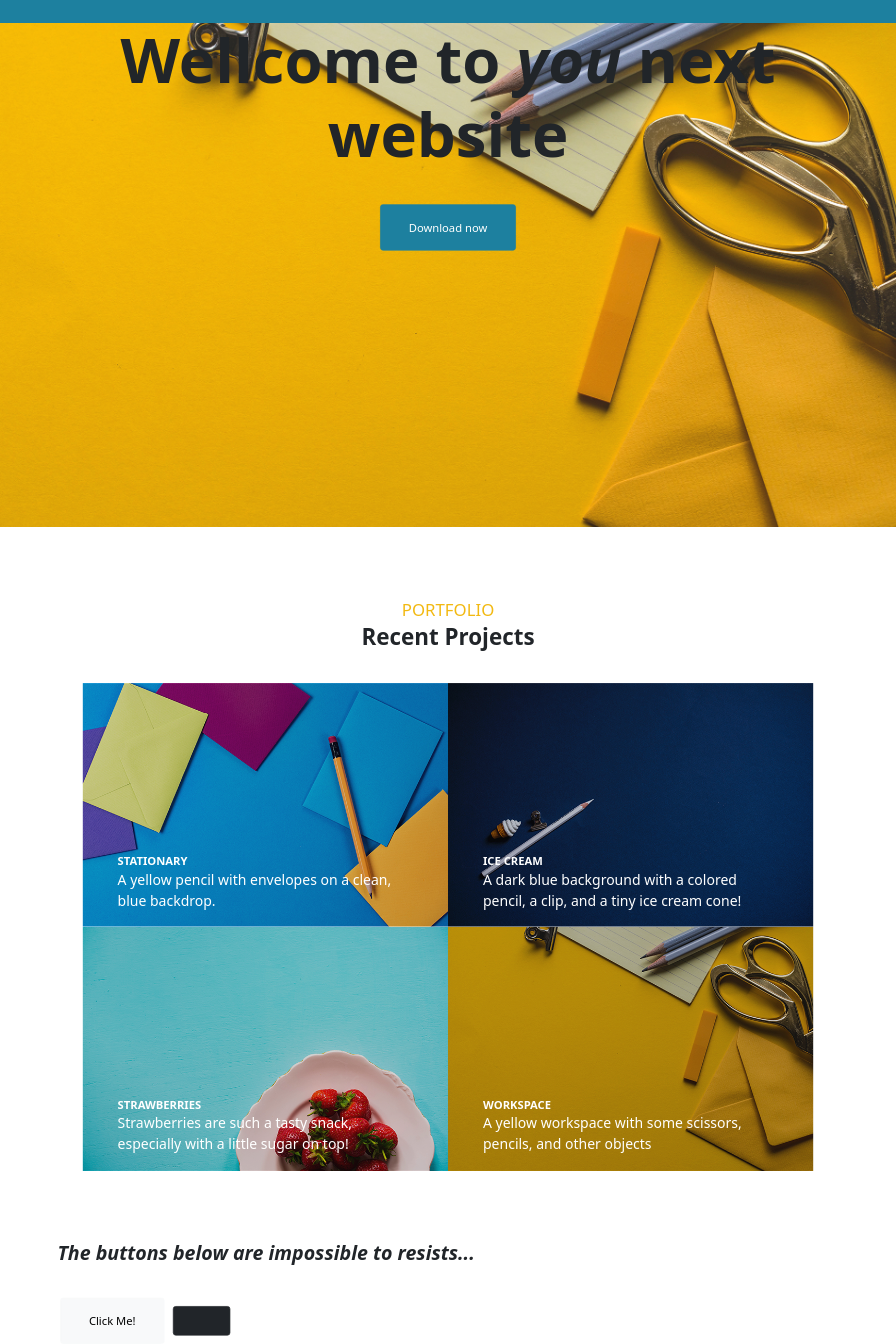
Repository: hoangpino/VE_FE_FrameWork_005
Page: lab06/index.html
An editor plug-in stored every save of this project. The page is shown before and after the next save, followed by the edit.
The browser window is 1280 px wide. The pictures show the part of the page from y = 2127 to 4047 px (the page is 4047 px tall), at 70% of full size.
Backgrounds fixed to the window are drawn as part of the page.

Above is the page before, as saved 2021-10-05 19:57:19.

### lab06/index.html
<!DOCTYPE html>
<html lang="en">

<head>
    <meta charset="UTF-8">
    <meta http-equiv="X-UA-Compatible" content="IE=edge">
    <meta name="viewport" content="width=device-width, initial-scale=1.0">
    <title>Portfolio</title>
    <link rel="stylesheet" href="./css/style.css" type="text/css" />
    <link rel="icon" href="./img/schools.png" />
    <link href="https://cdn.jsdelivr.net/npm/bootstrap@5.1.1/dist/css/bootstrap.min.css"
        rel="stylesheet"
        integrity="sha384-F3w7mX95PdgyTmZZMECAngseQB83DfGTowi0iMjiWaeVhAn4FJkqJByhZMI3AhiU"
        crossorigin="anonymous" />
    <link rel="stylesheet"
        href="https://cdnjs.cloudflare.com/ajax/libs/font-awesome/6.0.0-beta2/css/all.min.css" />
    <link rel="preconnect" href="https://fonts.googleapis.com">
    <link rel="preconnect" href="https://fonts.gstatic.com" crossorigin>
    <link
        href="https://fonts.googleapis.com/css2?family=Source+Sans+Pro:ital,wght@1,700&display=swap"
        rel="stylesheet" />
    <link rel="stylesheet"
        href="https://cdn.jsdelivr.net/npm/bootstrap-icons@1.5.0/font/bootstrap-icons.css">
</head>

<body>
    <a href="" class="menu-toggle rounded" hef="#" data-bs-toggle="offcanvas"
        data-bs-target="#offcanvas-right" aria-controls="offcanvas-right">
        <i class="fas fa-bars"></i>
    </a>
    <div class="offcanvas offcanvas-end" tabindex="-1" aria-labelledby="offcanvas-right-lable"
        id="offcanvas-right">
        <div class="offcanvas-header">
            <h5 id="offcanvas-right-label">Start Bootstrap</h5>
            <button type="button" class="btn-close btn-close-white text-reset"
                data-bs-dismiss="offcanvas" aria-label="Close"></button>
        </div>
        <div class="offcanvas-body">
            <ul class="sidebar-nav">
                <li class="sidebar-nav-item"><a href="#home">Home</a></li>
                <li class="sidebar-nav-item"><a href="#about">About</a></li>
                <li class="sidebar-nav-item"><a href="#services">Services</a></li>
                <li class="sidebar-nav-item"><a href="#callout">Callout</a></li>
                <li class="sidebar-nav-item"><a href="#portfolio">Portfolio</a></li>
                <li class="sidebar-nav-item"><a href="#action">Action</a></li>
                <li class="sidebar-nav-item"><a href="#footer">Contacts</a></li>
            </ul>
        </div>
    </div>

    <!-- Header -->
    <header class="d-flex align-items-center" id="home">
        <div class="container text-center">
            <h1 class="m-1">Stylist Portfolio</h1>
            <h3 class="mb-5">A Free Bootstrap Theme by Start Bootstrap </h3>
            <a href="" class="btn btn-primary btn-xl">Find Out More</a>
        </div>
    </header>

    <!-- About -->
    <section class="d-flex align-items-center" id="about">
        <div class="container text-center">
            <h2 class="m-1">Stylish Portfolio is the perfect theme for your next project!</h2>
            <p class="mb-5">This theme features a flexible, UX friendly sidebar menu and stock
                photos from our friends at Unsplash !</p>
            <a href="" class="btn btn-primary btn-xl">Find Out More</a>
        </div>
    </section>

    <!-- Services -->
    <section class="d-flex align-items-center" id="services">
        <div class="container text-center">
            <div class="section-header">
                <h4>Services</h4>
                <h2>What we offer</h2>
            </div>
            <div class="row">
                <div class="col-lg-3 col-md-6 mt-5">
                    <span class="services-icon mx-auto mb-3"><i class="bi bi-phone"></i></span>
                    <h2>Responsive</h2>
                    <p>Looks great on any screent size!</p>
                </div>
                <div class="col-lg-3 col-md-6 mt-5">
                    <span class="services-icon mx-auto mb-3"><i class="bi bi-pencil"></i></span>
                    <h2>Redesgined</h2>
                    <p>Freshly Redesgined for Bootstrap</p>
                </div>
                <div class="col-lg-3 col-md-6 mt-5">
                    <span class="services-icon mx-auto mb-3"><i
                            class="bi bi-hand-thumbs-up"></i></span>
                    <h2>Favorited</h2>
                    <p>Millions of users &hearts; Start Bootstrap!</p>
                </div>
                <div class="col-lg-3 col-md-6 mt-5">
                    <span class="services-icon mx-auto mb-3"><i
                            class="bi bi-question-circle"></i></span>
                    <h2>Questions</h2>
                    <p>Mustache you a question</p>
                </div>
            </div>
        </div>
    </section>

    <!-- Callout -->
    <section class="d-flex aglin-items-center" id="callout">
        <div class="container px-4 px-lg-5 text-center">
            <h1 class="mb-5">Wellcome to <em>you</em> next website</h1>
            <a href="#" class="btn btn-primary btn-xl">Download now</a>
        </div>
    </section>

    <!-- Portfolior -->
    <section class="d-flex align-items-center" id="portfolio">
        <div class="container px-4 px-lg-5 text-center">
            <div class="section-heading">
                <h4 class="m-1">Portfolio</h4>
                <h2 class="mb-5">Recent Projects</h2>
            </div>
            <div class="row gx-0">
                <div class="col-lg-6">
                    <a href="#" class="portfolio-item">
                        <div class="caption">
                            <div>Stationary</div>
                            <p>A yellow pencil with envelopes on a clean, blue backdrop.</p>
                        </div>
                        <img src="./img/portfolio-1.jpg">
                    </a>
                </div>
                <div class="col-lg-6">
                    <a href="#" class="portfolio-item">
                        <div class="caption">
                            <div>Ice Cream</div>
                            <p>A dark blue background with a colored pencil, a clip, and a tiny ice
                                cream cone!</p>
                        </div>
                        <img src="./img/portfolio-2.jpg">
                    </a>
                </div>
                <div class="col-lg-6">
                    <a href="#" class="portfolio-item">
                        <div class="caption">
                            <div>Strawberries</div>
                            <p>Strawberries are such a tasty snack, especially with a little sugar
                                on top!</p>
                        </div>
                        <img src="./img/portfolio-3.jpg">
                    </a>
                </div>
                <div class="col-lg-6">
                    <a href="#" class="portfolio-item">
                        <div class="caption">
                            <div>Workspace</div>
                            <p>A yellow workspace with some scissors, pencils, and other objects</p>
                        </div>
                        <img src="./img/portfolio-4.jpg">
                    </a>
                </div>
            </div>
        </div>
    </section>

    <!-- Action -->
    <section class="d-flex align-items-center" id="action">
        <div class="container px-4-lg-5 text center">
            <h3 class="mb-5">The buttons below are impossible to resists...</h3>
            <a href="#map" class="btn btn-light btn-xl mx-1">Click Me!</a>
            <a href="#footer" class="btn btn-dark btn-xl mx-1"></a>
        </div>
    </section>

    <script src="https://cdn.jsdelivr.net/npm/bootstrap@5.1.1/dist/js/bootstrap.bundle.min.js"
        integrity="sha384-/bQdsTh/da6pkI1MST/rWKFNjaCP5gBSY4sEBT38Q/9RBh9AH40zEOg7Hlq2THRZ"
        crossorigin="anonymous"></script>
</body>

</html>

### lab06/css/style.css
:root {
    --color-green: #1d809f;
    --color-green-dark:rgb(15, 64, 78);
    --color-dark:#343a40;
    --color-yellow: #f2b912;
}

body {
    font-family: 'Source Sans Pro', sans-serif ;
}

* {
    margin: 0;
    padding: 0;
}
.menu-toggle {
    position: fixed;
    width: 50px;
    height: 50px;
    color: #fff;
    background-color: rgba(52,58,64,0.5);
    text-align: center;
    line-height: 50px;
    right: 15px;
    top: 15px;
}

.menu-toggle:hover {
    background-color: var(--color-dark);
    color: #fff;
}

.offcanvas {
    background-color: var(--color-green) !important;
    color: #fff;
    width: 250px;

}

.offcanvas ul {
    list-style: none;
    margin : 0;
    padding: 0;
}

.offcanvas a {
    color: #fff;
    display: block;
    padding: 15px;
    text-decoration: none;

}

.offcanvas a:hover {
    background-color: rgba(52, 58, 64, 0.2);
    color: #fff;
}

.offcanvas-body {
    padding: 0 !important;
    margin: 0;

}

.offcanvas-header {
    background-color: rgba(52, 58, 64, 0.1);
}

header {
    background: url(../img/bg-masthead.jpg);
    background-repeat: none;
    background-position: center center;
    background-size: cover;
    min-height: 100vh;
}

h1 {
    font-weight: 700 !important;
    font-size: 5.5rem !important;
}

h2 {
    font-weight: 700 !important;
    font-style: 2.0rem !important;
}

h3 {
    font-weight: 700 !important;
    font-style: 1.75rem !important;
    font-style: italic;
}

h4 {
    font-weight: 700;
    font-size: 1.0rem;
    text-transform: uppercase;
    color: var(--color-yellow);
}

p {
    font-weight: 300 !important;
    font-size: 1.25em;
}

.btn-primary {
    background-color: var(--color-green) !important;
    border-color: var(--color-green) !important;
}

.btn-primary:active, .btn-primary:hover {
    background-color: var(--color-green-dark) !important;
    border-color: var(--color-green-dark) !important;
}

.btn-xl {
    padding: 1.25em 2.5em !important;
}

#about {
    min-height: 100vh;
}

#services {
    min-height: 100vh;
    background-color: var(--color-green);
    color: #fff;
}

.services-icon {
    background-color:#fff !important;
    color: var(--color-green);
    height:7rem;
    width: 7rem;
    display: block;
    line-height: 7rem;
    text-align: center;
    font-size: 2.5em;
    border-radius: 50%;
}

#callout {
    min-height: 100vh;
    background: url(../img/bg-callout.jpg);
    background-repeat: none;
    background-position: top center;
    background-size: cover;
    background-attachment: fixed;
}

#portfolio {
    min-height: 100vh;
    padding: 100px 0;
}

.portfolio-item {
    margin: 0;
    text-decoration: none;
    display: block;
    position: relative;
    overflow: hidden;
}

.portfolio-item img {
    transition: clip-path 0.25s ease-out, -webkit-transform 0.25s ease-out;
    -webkit-clip-path: inset(-1px);
    clip-path: inset(-1px);
    max-width: 100%;
}

.portfolio-item:hover img {
    -webkit-clip-path: inset(2rem);
    clip-path: inset(2rem);
}

.portfolio-item:hover .caption {
    -webkit-clip-path: inset(2rem);
    clip-path: inset(2rem);
    background-color: rgba(33, 37, 41,0.75);
    padding: 10px 50px;
}

.caption {
    height: 100%;
    width: 100%;
    position: absolute;
    top: 0;
    bottom: 0;
    background-color: rgba(33, 37, 41, 0.2);
    color: #fff;
    text-align: left;
    padding: 50px;
    z-index: 1;
    font-size: 1rem;

    transition: background-color 0.7s, webkit-clip-path 0.25s ease-out;
    transition: clip-path 0.25s ease-out, background-color 0.7s;
    transition: clip-path 0.25s ease-out, background-color 0.7s, -webkit-clip-path 0.25s ease-out;
    -webkit-clip-path: inset(0px);
    clip-path: inset(0px);

}

.caption div {
    margin-top: 12rem;
    text-transform: uppercase;
    font-weight: 700;
}

After the next save:
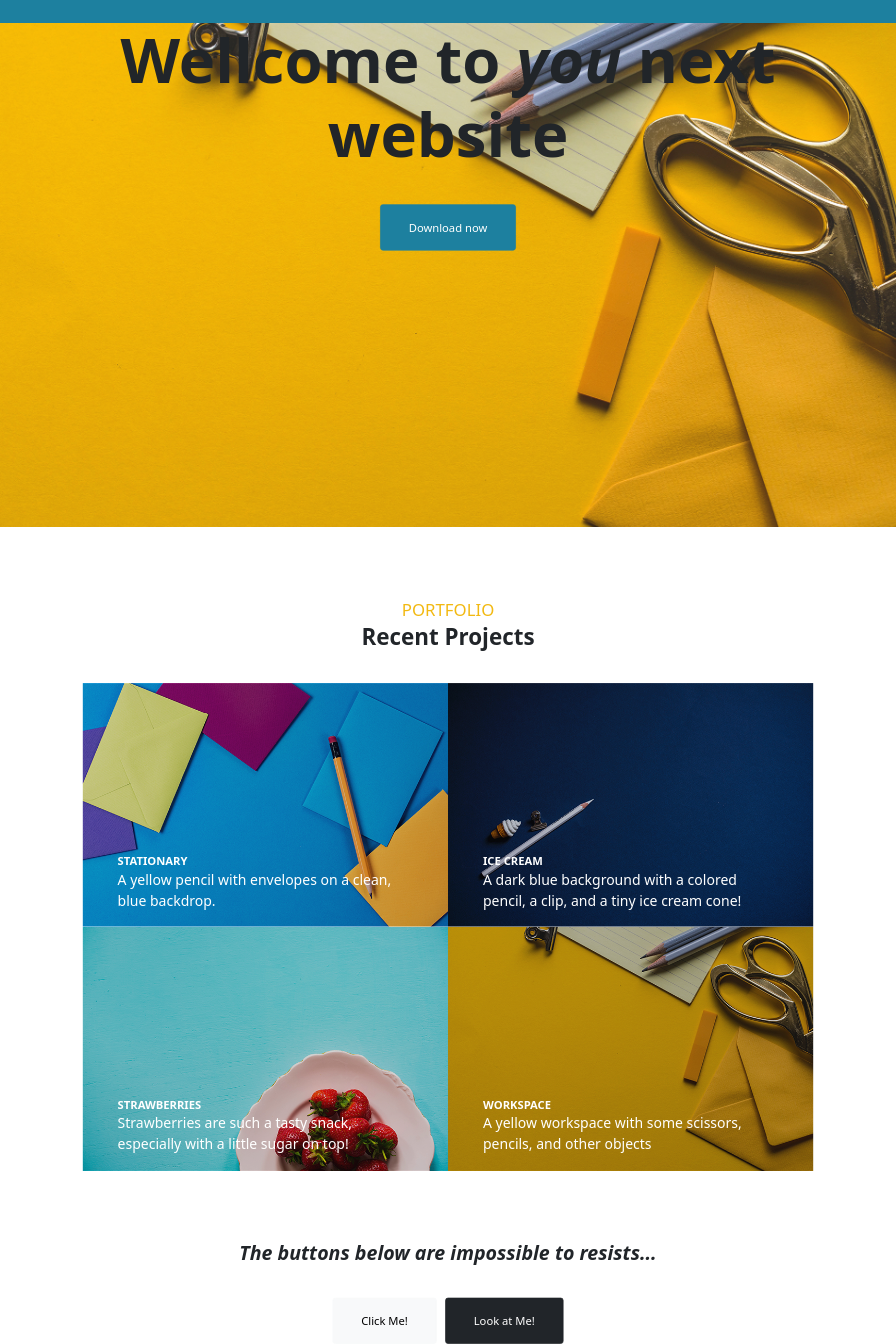
Saved 23 s later.
--- a/lab06/index.html
+++ b/lab06/index.html
@@ -161,10 +161,10 @@
 
     <!-- Action -->
     <section class="d-flex align-items-center" id="action">
-        <div class="container px-4-lg-5 text center">
+        <div class="container px-4-lg-5 text-center">
             <h3 class="mb-5">The buttons below are impossible to resists...</h3>
             <a href="#map" class="btn btn-light btn-xl mx-1">Click Me!</a>
-            <a href="#footer" class="btn btn-dark btn-xl mx-1"></a>
+            <a href="#footer" class="btn btn-dark btn-xl mx-1">Look at Me!</a>
         </div>
     </section>
 
